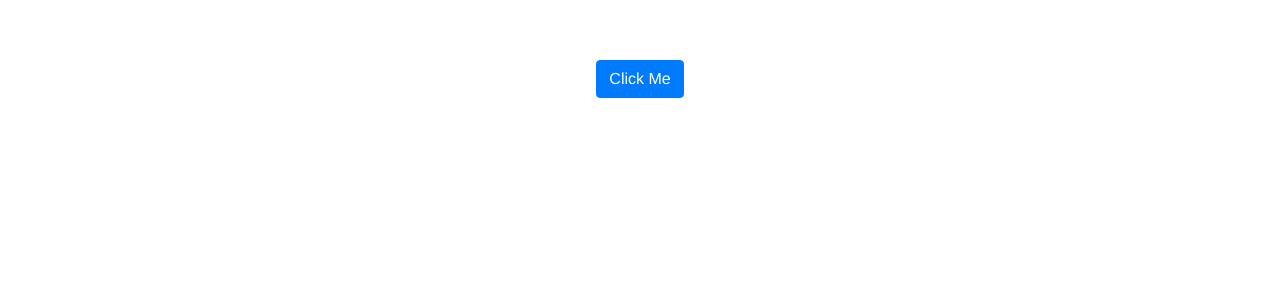
Repository: nashthecoder/vuebasics
Page: / (app in vue-app/demo/)
These files come from the project's save history. The page is drawn as it stood at one moment and after the next save; the edit follows.
The browser window is 1280 px wide. The pictures show the whole page.
The project was rebuilt for these pictures with package versions that can differ from the ones it lists, and the page was loaded fresh each time. Also part of the build but not shown: vue-app/demo/src/components/HelloWorld.vue.

Above is the page before, as saved 2021-01-06 19:25:15.

### vue-app/demo/src/App.vue
<template>
  <div id="app">
    <PostsExample />
  </div>
</template>

<script>
import HelloWorld from './components/HelloWorld';
import PostsExample from './components/Posts';

export default {
  name: 'App',
  components: {
    HelloWorld,
    PostsExample
  }
}
</script>

<style>
@import "../node_modules/bootstrap/dist/css/bootstrap.min.css";

#app {
  font-family: 'Avenir', Helvetica, Arial, sans-serif;
  -webkit-font-smoothing: antialiased;
  -moz-osx-font-smoothing: grayscale;
  text-align: center;
  color: #2c3e50;
  margin-top: 60px;
}
</style>

### vue-app/demo/src/components/Posts.vue
<template>
  <div>

    <button class="btn btn-primary">Click Me</button>

  </div>
</template>

<script>
export default {
  name: 'PostsExample',
  data(){
    return{

    }
  }

}
</script>

<style>

</style>

Loaded but not shown: vue-app/demo/index.html (common file); vue-app/demo/src/main.js (common file)

After the next save:
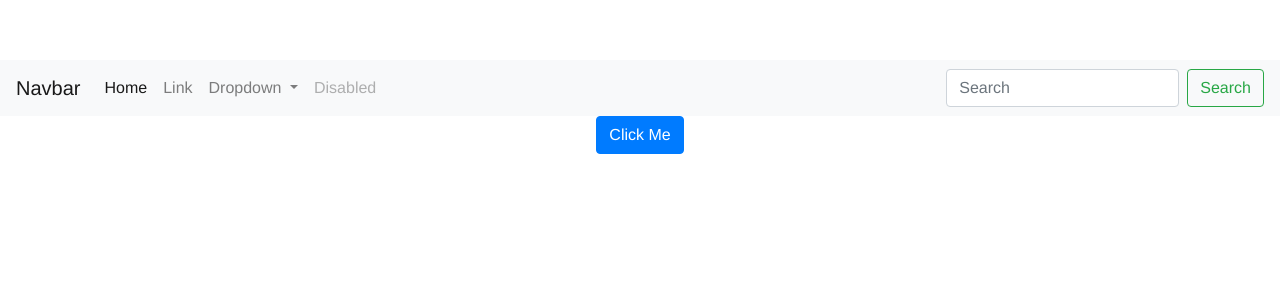
Saved 3 min 53 s later.
--- a/vue-app/demo/src/App.vue
+++ b/vue-app/demo/src/App.vue
@@ -1,5 +1,41 @@
 <template>
   <div id="app">
+    <nav class="navbar navbar-expand-lg navbar-light bg-light">
+  <a class="navbar-brand" href="#">Navbar</a>
+  <button class="navbar-toggler" type="button" data-toggle="collapse" data-target="#navbarSupportedContent" aria-controls="navbarSupportedContent" aria-expanded="false" aria-label="Toggle navigation">
+    <span class="navbar-toggler-icon"></span>
+  </button>
+
+  <div class="collapse navbar-collapse" id="navbarSupportedContent">
+    <ul class="navbar-nav mr-auto">
+      <li class="nav-item active">
+        <a class="nav-link" href="#">Home <span class="sr-only">(current)</span></a>
+      </li>
+      <li class="nav-item">
+        <a class="nav-link" href="#">Link</a>
+      </li>
+      <li class="nav-item dropdown">
+        <a class="nav-link dropdown-toggle" href="#" id="navbarDropdown" role="button" data-toggle="dropdown" aria-haspopup="true" aria-expanded="false">
+          Dropdown
+        </a>
+        <div class="dropdown-menu" aria-labelledby="navbarDropdown">
+          <a class="dropdown-item" href="#">Action</a>
+          <a class="dropdown-item" href="#">Another action</a>
+          <div class="dropdown-divider"></div>
+          <a class="dropdown-item" href="#">Something else here</a>
+        </div>
+      </li>
+      <li class="nav-item">
+        <a class="nav-link disabled" href="#">Disabled</a>
+      </li>
+    </ul>
+    <form class="form-inline my-2 my-lg-0">
+      <input class="form-control mr-sm-2" type="search" placeholder="Search" aria-label="Search">
+      <button class="btn btn-outline-success my-2 my-sm-0" type="submit">Search</button>
+    </form>
+  </div>
+</nav>
+
     <PostsExample />
   </div>
 </template>
